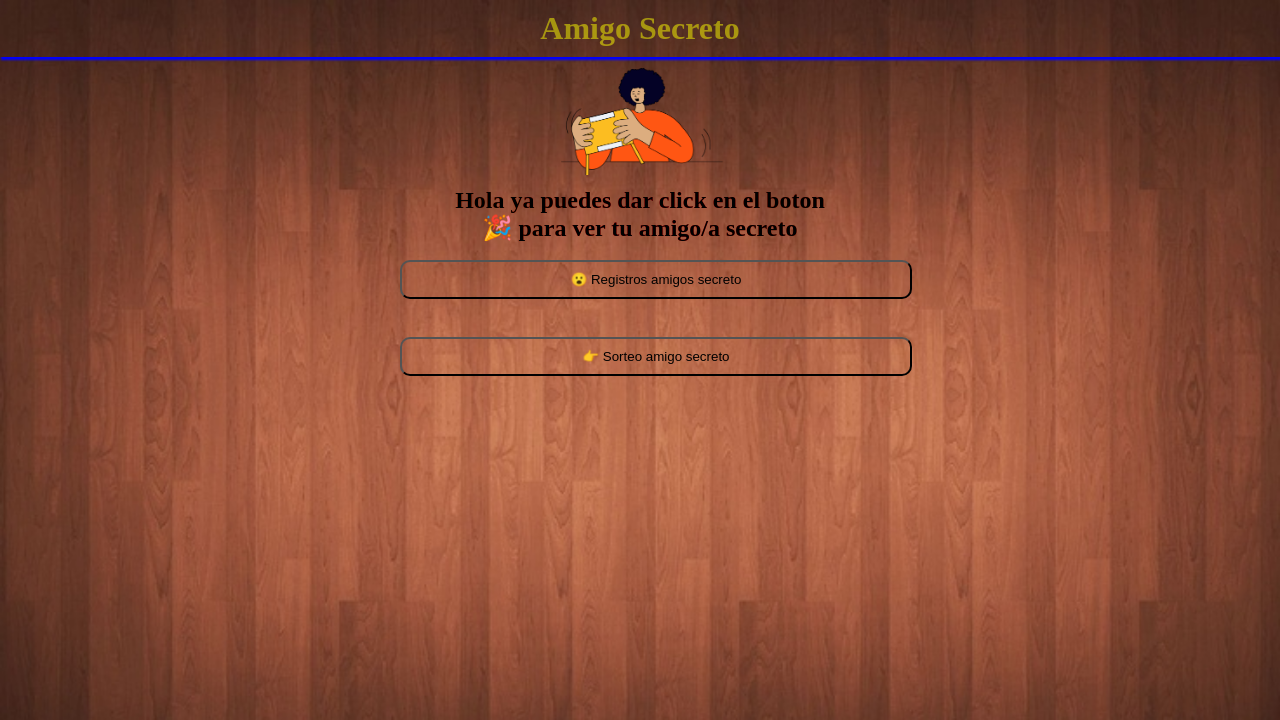
Repository: ye909/secreto
Page: index.html
An editor plug-in stored every save of this project. The page is shown before and after the next save, followed by the edit.
The browser window is 1280 px wide. The pictures show the whole page.

Above is the page before, as saved 2025-01-25 09:44:03.
Console error: TypeError: Cannot read properties of null (reading 'addEventListener')

After the next save:
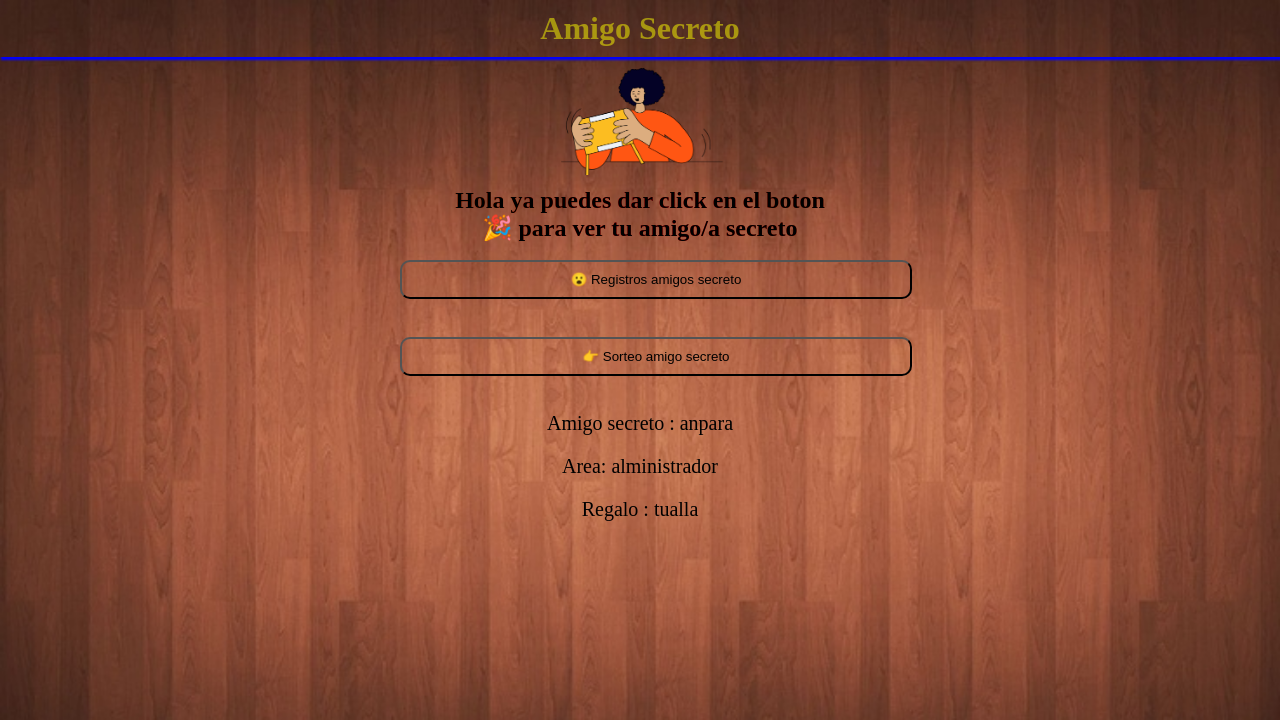
Saved 32 s later.
--- a/css/style.css
+++ b/css/style.css
@@ -76,10 +76,10 @@
   }
 
 
-  .datos_amigo {
+  /* .datos_amigo {
 
       display: none
-    }
+    } */
     /* .containerbtnsorteo{
 
 
